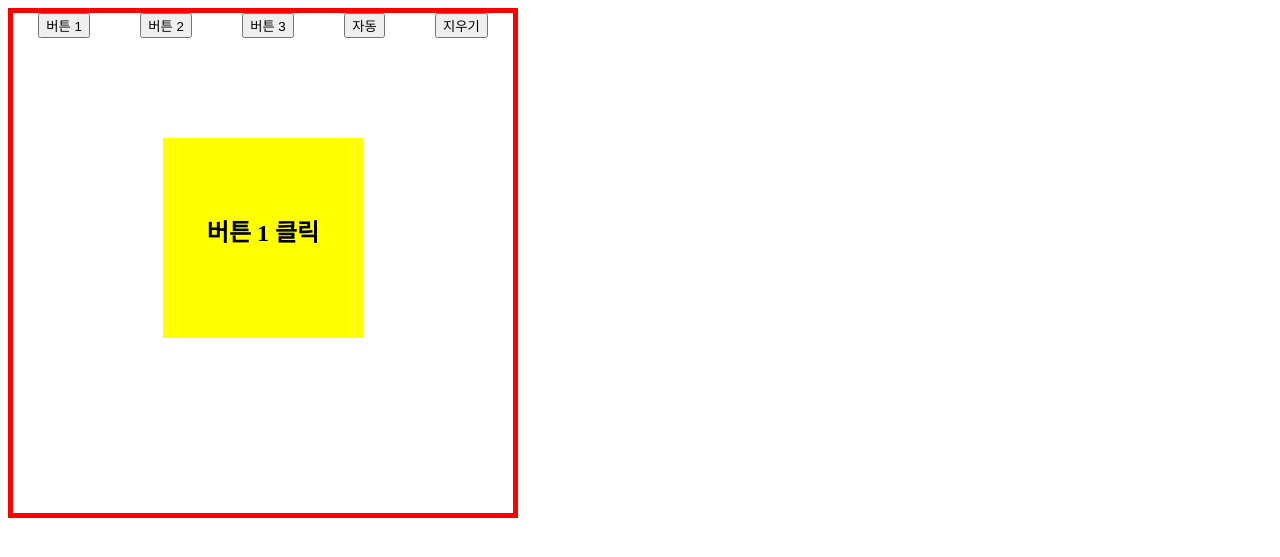
Repository: hangilyon/allJSPStudy
Page: javascript/quiz07_5button.html
These files come from the project's save history. The page is drawn as it stood at one moment and after the next save; the edit follows.
The browser window is 1280 px wide. The pictures show the whole page.
After loading, the first visible `#btn1` was clicked once.

Above is the page before, as saved 2021-10-16 04:38:24.

### javascript/quiz07_5button.html
<!DOCTYPE html>
<html>
<head>
<meta charset="UTF-8">
<title>quiz07</title>
<style type="text/css">
#wrap {
width: 500px;
height: 500px;
border: 5px solid red;
}
#btn {
display: flex;
justify-content: space-around;
}
#cont {
width: 500px;
height: 400px;
display: flex;
justify-content: center;
}
#cont #setImg {
width: 200px;
height: 200px;
margin: auto;
display: none;
}
#cont #setImg h2 {
width: 200px;
height: 50px;
margin: auto;
text-align: center;
}
</style>
<script type="text/javascript">
	function setImg(){
		let cont = document.getElementById('setImg')
		let text = document.createElement('h2')
		cont.getElementsByTagName('h2').innerHTML = ""
		console.log(cont)
		if(event.target.id=="btn1"){
			cont.style.backgroundColor="yellow"
			cont.style.display="flex"
			text.innerHTML = "버튼 1 클릭"
			cont.appendChild(text)
		}
		else if(event.target.id=="btn2"){
			cont.style.backgroundColor="green"
			cont.style.display="flex"
			text.innerHTML = "버튼 2 클릭"
			cont.appendChild(text)
		}
		else if(event.target.id=="btn3"){
			cont.style.backgroundColor="pink"
			cont.style.display="flex"
			text.innerHTML = "버튼 3 클릭"
			cont.appendChild(text)
		}
		else if(event.target.id=="btn4"){
			cont.style.backgroundColor="red"
			text.innerHTML = "버튼 4 클릭"
			cont.appendChild(text)

		}
		else if(event.target.id=="btn5"){
			cont.style.display="none"
		}
	}
</script>
</head>
<body>
	<div id="wrap">
		<div id="btn">
			<input type="button" id="btn1" value="버튼 1" onclick="setImg()">
			<input type="button" id="btn2" value="버튼 2" onclick="setImg()">
			<input type="button" id="btn3" value="버튼 3" onclick="setImg()">
			<input type="button" id="btn4" value="자동" onclick="setImg()">
			<input type="button" id="btn5" value="지우기" onclick="setImg()">
		</div>
		<div id="cont">
			<div id="setImg"></div>
		</div>
	</div>

</body>
</html>

After the next save:
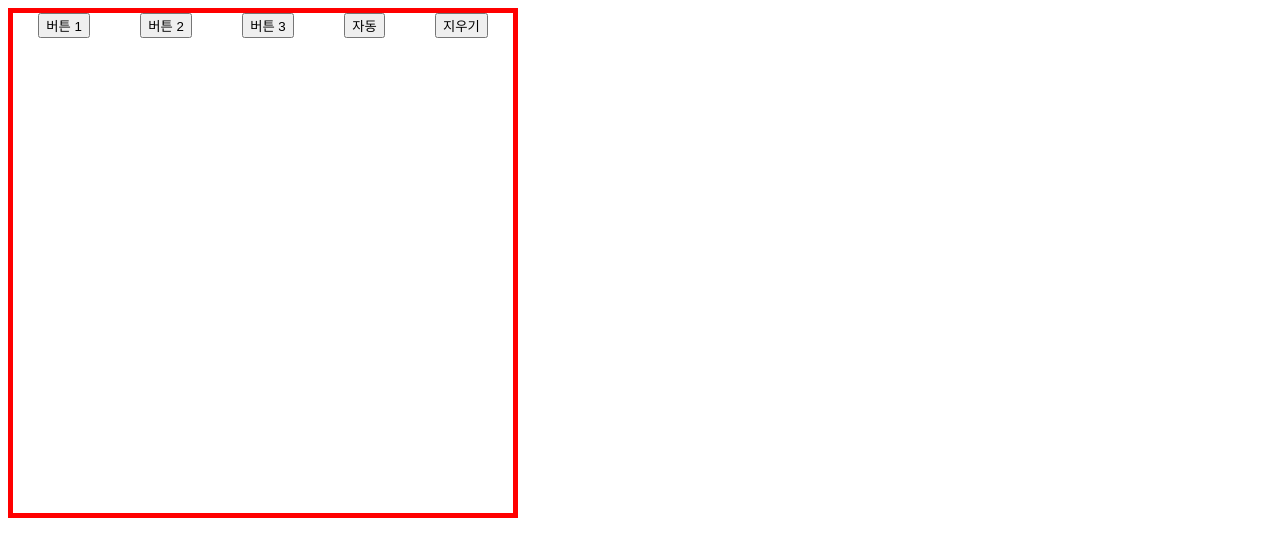
Console error: ReferenceError: documentgetElementsByTagName is not defined
Saved 32 s later.
--- a/javascript/quiz07_5button.html
+++ b/javascript/quiz07_5button.html
@@ -36,7 +36,7 @@
 	function setImg(){
 		let cont = document.getElementById('setImg')
 		let text = document.createElement('h2')
-		cont.getElementsByTagName('h2').innerHTML = ""
+		documentgetElementsByTagName('h2').innerHTML = ""
 		console.log(cont)
 		if(event.target.id=="btn1"){
 			cont.style.backgroundColor="yellow"

After the save that followed:
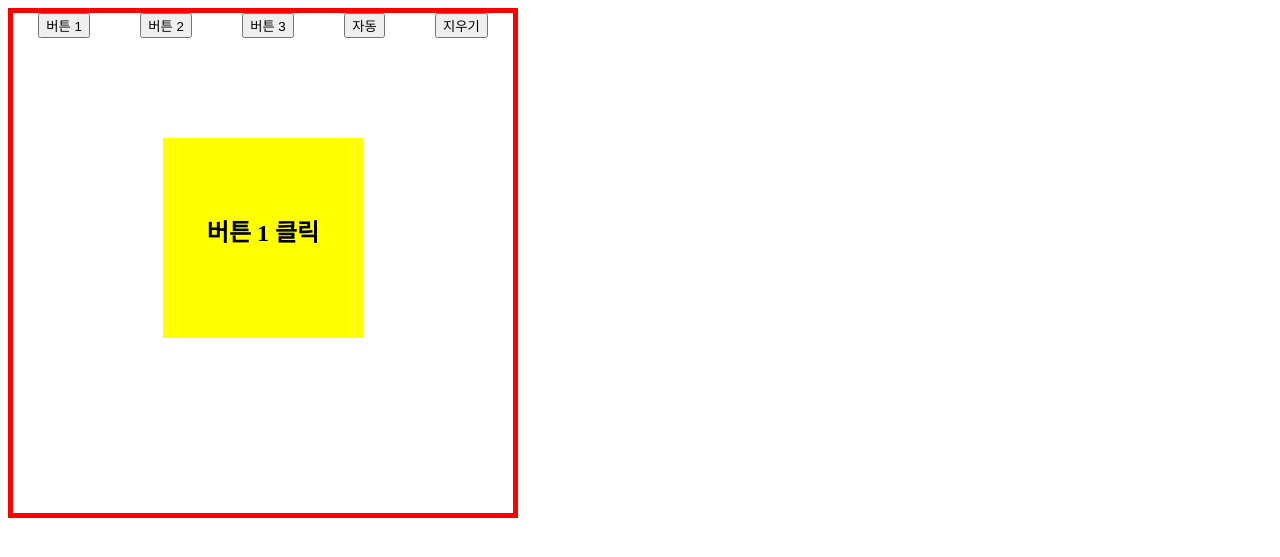
The error is gone.
Saved 11 s later.
--- a/javascript/quiz07_5button.html
+++ b/javascript/quiz07_5button.html
@@ -36,7 +36,7 @@
 	function setImg(){
 		let cont = document.getElementById('setImg')
 		let text = document.createElement('h2')
-		documentgetElementsByTagName('h2').innerHTML = ""
+		document.getElementsByTagName('h2').innerHTML = ""
 		console.log(cont)
 		if(event.target.id=="btn1"){
 			cont.style.backgroundColor="yellow"
